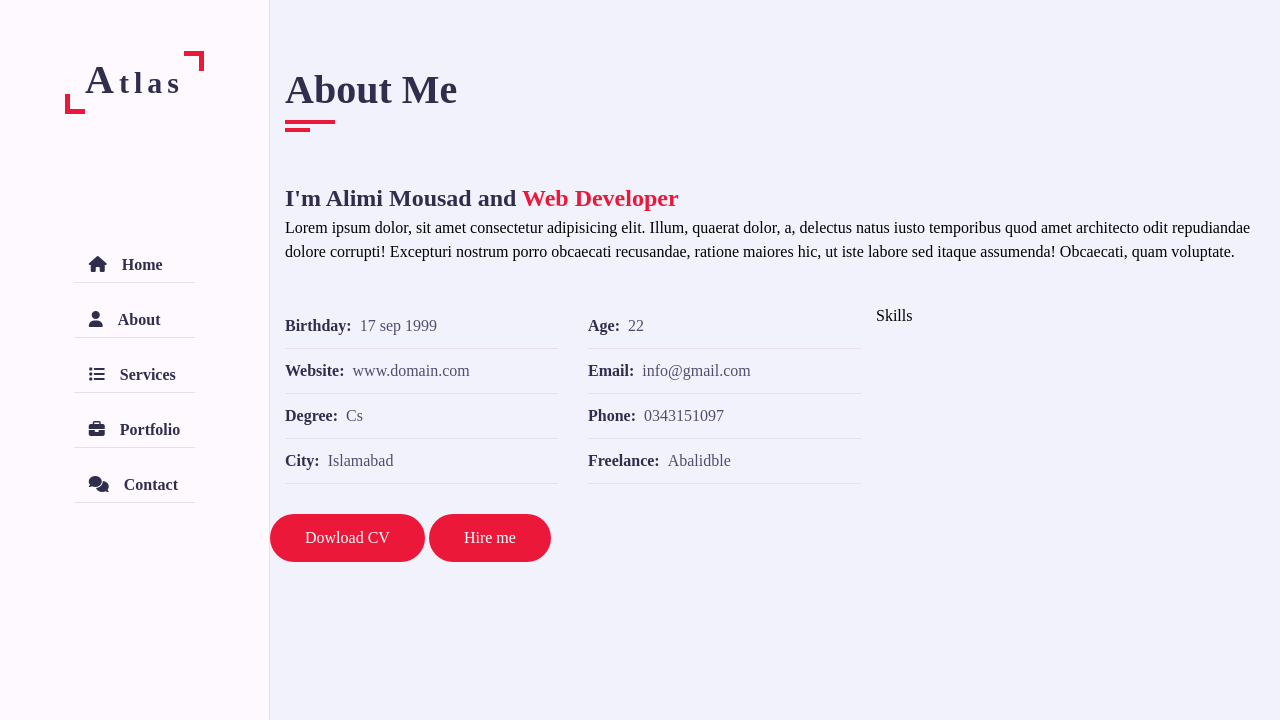
Repository: luanhoang0902/portfolio-ui
Page: index.html
The author's editor kept a copy of each file at every save. The page is drawn from the files as they stood at one save, then again after the next save.
The browser window is 1280 px wide. The pictures show the whole page.
Some web fonts or font styles are not loaded; a fallback is used. Some web libraries are served in a nearby version.

Above is the page before, as saved 2022-06-02 16:20:07.

### index.html
<!DOCTYPE html>
<html lang="en">
  <head>
    <meta charset="UTF-8" />
    <meta http-equiv="X-UA-Compatible" content="IE=edge" />
    <meta name="viewport" content="width=device-width, initial-scale=1.0" />
    <title>Document</title>

    <!--  ===== CSS Files ===== -->
    <link rel="stylesheet" href="./css/style.css" />
    <link rel="stylesheet" href="./css/skins/color-1.css" />
    <link
      rel="stylesheet"
      href="https://cdnjs.cloudflare.com/ajax/libs/font-awesome/6.1.1/css/all.min.css"
    />
  </head>
  <body>
    <!--  ===== Main Container Start> ===== -->
    <div class="main-container">
      <!--  ===== Aside Start> ===== -->
      <div class="aside">
        <div class="logo">
          <a href="#"><span>A</span>tlas</a>
        </div>
        <div class="nav-toggler">
          <span></span>
        </div>
        <ul class="nav">
          <li><a href="#"><i class="fa fa-home" class = "active"></i>Home</a></li>
          <li><a href="#"><i class="fa fa-user"></i>About</a></li>
          <li><a href="#"><i class="fa fa-list"></i>Services</a></li>
          <li><a href="#"><i class="fa fa-briefcase"></i>Portfolio</a></li>
          <li><a href="#"><i class="fa fa-comments"></i>Contact</a></li>
        </ul>
      </div>
      <!--  ===== Aside End> ===== -->
      <!--  ===== Main Content Start> ===== -->
      <div class="main-content">
        <!--  ===== Home Selection Start> ===== -->
        <section class="home section hidden">
          <div class="container">
            <div class="row">
              <div class="home-info padd-15">
                <h3 class="hello">Hello, my name is <span class="name">Alimi Mousaad</span></h3>
                <h3 class="my-profession">I'm a <span class="typing">web designer</span></h3>
                <p>Lorem ipsum, dolor sit amet consectetur adipisicing elit. Molestiae quos assumenda at illum nisi dolores sequi quisquam? Eaque, earum temporibus.</p>
                <a href="#contact" class = "btn hire-me">Hire Me</a>
              </div>
              <div class="home-img ">
                <img src="./images/avatar.JPG" alt="">
              </div>
            </div>
          </div>
        </section>
        <!--  ===== Home Selection End> ===== -->
        <!--  ===== About Selection Start> ===== -->
        <section class="about section padd-15">
          <div class="container">
            <div class="row">
              <div class="section-title padd-15">
                <h2>About Me</h2>
              </div>
            </div>
            <div class="row">
              <div class="about-content padd-15">
                <div class="row">
                  <div class="about-text padd-15">
                    <h3>I'm Alimi Mousad and <span>Web Developer</span></h3>
                    <p>Lorem ipsum dolor, sit amet consectetur adipisicing elit. Illum, quaerat dolor, a, delectus natus iusto temporibus quod amet architecto odit repudiandae dolore corrupti! Excepturi nostrum porro obcaecati recusandae, ratione maiores hic, ut iste labore sed itaque assumenda! Obcaecati, quam voluptate.</p>
                  </div>
                </div>
                <div class="row">
                  <div class="personal-info padd-15">
                    <div class="row">
                      <div class="info-item padd-15">
                        <p>Birthday: <span>17 sep 1999</span></p>
                      </div>
                      <div class="info-item padd-15">
                        <p>Age: <span>22</span></p>
                      </div>
                      <div class="info-item padd-15">
                        <p>Website: <span>www.domain.com</span></p>
                      </div>
                      <div class="info-item padd-15">
                        <p>Email: <span>info@gmail.com</span></p>
                      </div>
                      <div class="info-item padd-15">
                        <p>Degree: <span>Cs</span></p>
                      </div>
                      <div class="info-item padd-15">
                        <p>Phone: <span>0343151097</span></p>
                      </div>
                      <div class="info-item padd-15">
                        <p>City: <span>Islamabad</span></p>
                      </div>
                      <div class="info-item padd-15">
                        <p>Freelance: <span>Abalidble</span></p>
                      </div>
                    </div>
                    <div class="row">
                      <div class="buttons">
                        <a href="#" class="btn">Dowload CV</a>
                        <a href="#contact" class="btn hire-me">Hire me</a>
                      </div>
                    </div>
                  </div>
                  <div class="skills">Skills</div>
                </div>
              </div>
            </div>
          </div>
        </section>
        <!--  ===== About Selection End> ===== -->
      </div>
       <!--  ===== Main Content End> ===== -->
    </div>
    <!--  ===== Main Container End> ===== -->
    <!--  ===== JS Files ===== -->
    <script src="js/script.js"></script>
  </body>
</html>

### css/style.css
/* import font chữ vào */
@import url('https://fonts.googleapis.com/css2?family=Clicker+Script&family=Montserrat:ital,wght@1,100&family=Poppins:ital,wght@0,200;0,300;0,400;0,500;0,700;1,600&display=swap');
/* Khai báo biến */
:root
{
    --bg-black-900: #f2f2fc;
    --bg-black-100: #fdf9ff;
    --bg-balck-50: #e8dfec;

    --text-black-900: #302e4d;
    --text-black-700: #504e70;
}

body
{
    line-height: 1.5;
    font-size: 16px;
    font-family: 'Poopins' sans-serif;
}

*
{
    margin: 0;
    padding: 0;
    outline: none;
    text-decoration: none;
    box-sizing: border-box;
}

::before,::after {
    box-sizing: border-box;
}

ul
{
    list-style: none;
}
.section
{
    background: var(--bg-black-900);
    min-height: 100vh;
    display: block;
    padding: 0 30px;
    left: 270px;
    opacity: 1;
}
.hidden
{
    display: none !important;
}
.main-content
{
    padding-left: 270px;
}
.padd-15
{
    padding-left: 15px;
    padding-right: 15px;
}
.container
{
    max-width: 1100px;
    width: 100%;
    margin: auto;
}
.section .container
{
    padding-top: 60px;
    padding-bottom: 70px;
}
.section-title
{
     flex: 0 0 100%;
     min-width: 100%;
     margin-bottom: 60px;
}
.section-title h2
{
    font-size: 40px;
    color: var(--text-black-900);
    font-weight: 700;
    position: relative;
}
.section-title h2::before
{
    content: '';
    height: 4px;
    width: 50px;
    background-color: var(--skin-color);
    position:absolute;
    top: 100%;
    left: 0;
}
.section-title h2::after
{
    content: '';
    height: 4px;
    width: 25px;
    background-color: var(--skin-color);
    position:absolute;
    top: 100%;
    left: 0;
    margin-top: 8px;
}
.row
{
    display: flex;
    flex-wrap: wrap;
    margin-left: -15px;
    margin-right: -15px;
    position: relative;
}
.btn
{
    font-size: 16px;
    font-weight: 500;
    padding: 12px 35px;
    color: white;
    border-radius: 40px;
    display: inline-block;
    white-space: nowrap;
    border: none;
    background: var(--skin-color);
    transition: all 0.3s ease;
}
.btn:hover
{
    transform: scale(1.05);
}
/* aside */
.aside
{
    position: fixed;
    left: 0;
    top: 0;

    display: flex;
    justify-content: center;
    align-items: center;

    width: 270px;

    background: var(--bg-black-100);

    border-right: 1px solid var(--bg-balck-50);
    padding: 30px;
    height: 100%;
    z-index: 10;
}
.aside .logo
{
    position: absolute;
    top: 50px;
    font-size: 30px;
    text-transform: capitalize;
}
.aside .logo a
{
    position: relative;
    color: var(--text-black-900);
    font-weight: 700;

    padding: 15px 20px;
    font-size:30px;
    letter-spacing: 5px;
}
.aside .logo a span
{
    font-family: 'Clicker Script', cursive;
    font-size: 40px;
}
.aside .logo a::before
{
    content: '';
    position: absolute;
    bottom: 0;
    left: 0;
    width: 20px;
    height: 20px;

    border-bottom: 5px solid var(--skin-color);
    border-left: 5px solid var(--skin-color);
}
.aside .logo a::after
{
    content: '';
    position: absolute;
    top: 0;
    right: 0;
    width: 20px;
    height: 20px;

    border-top: 5px solid var(--skin-color);
    border-right: 5px solid var(--skin-color);
}
.aside .nav-toggler
{
    height: 40px;
    width: 45px;
    border: 1px solid var(--bg-balck-50);
    cursor: pointer;
    position: fixed;
    left: 300px;
    top: 20px;
    border-radius: 5px;
    background: var(--bg-balck-100);
    display: none;
    justify-content: center;
    align-items: center;
}
.aside .nav-toggler span
{
    height: 2px;
    width: 18px;
    background: var(--skin-color);
    display: inline-block;
    position: relative;
}
.aside .nav-toggler span::before
{
    content: '';
    height: 2px;
    width: 18px;
    background: var(--skin-color);
    position: absolute;
    top: -6px;
    left: 0;
}
.aside .nav-toggler span::after
{
    content: '';
    height: 2px;
    width: 18px;
    background: var(--skin-color);
    position: absolute;
    top: 6px;
    left: 0;
}
.aside .nav
{
    margin-top: 50px;
}
.aside .nav li
{
    margin-bottom: 20px;
    display: block;
}
.aside .nav li a
{
    font-size: 16px;
    font-weight: 600;
    display: block;
    border-bottom: 1px solid var(--bg-balck-50);
    color: var(--text-black-900);
    padding: 5px 15px;
}
.aside .nav li a.active
{
    color: var(--skin-color);
}
.aside .nav li a i
{
    margin-right: 15px;
}
/* Home */
.home
{
    min-height: 100vh;
    display: flex;
    color: var(--text-black-900);
}
.home .home-info
{
    flex: 0 0 60%;
    min-width: 60%;
}
h3.hello
{
    font-size: 28px;
    margin: 15px 0;
}
h3.hello span
{
    font-family: 'Clicker Script', cursive;
    font-size: 30px;
    font-weight: 700;
    color: var(--skin-color);
}
h3.my-profession
{
    font-size: 30px;
    margin: 15px 0;
}
.typing
{
    color: var(--skin-color);
}
.home-info p
{
    margin-bottom: 70px;
    font-size: 20px;
    color: var(--text-black-700);
}
.home .home-img
{
    flex: 0 0 40%;
    min-width: 40%;
    text-align: center;
    position: relative;

}
.home-img::after
{
    content: '';
    position: absolute;
    height: 80px;
    width: 80px;
    border-bottom: 10px solid var(--skin-color);
    border-right: 10px solid var(--skin-color);
    right: 20px;
    bottom: -40px;
}
.home-img::before
{
    content: '';
    position: absolute;
    height: 80px;
    width: 80px;
    border-top: 10px solid var(--skin-color);
    border-left: 10px solid var(--skin-color);
    left: 20px;
    top: -40px;
}
.home .home-img img
{
    height: 400px;
    width: 300px;
    object-fit: cover;

    margin: auto;
    border-radius: 5px;
}
/* About */
.about .about-content
{
    flex: 0 0 100%;
    min-width: 100%;

}
.about .about-content .about-text
{
    flex: 0 0 100%;
    max-width: 100%;
}
.about .about-content .about-text h3
{
    font-size: 24px;
    border-bottom: 15px;
    font-weight: 700;
    color: var(--text-black-900);
}
.about .about-content .about-text h3 span
{
    color: var(--skin-color);
}
.about .about-content .personal-info
{
    flex: 0 0 60%;
    max-width: 60%;
    margin-top: 40px;
}
.about .about-content .personal-info .info-item
{
    flex: 0 0 50%;
    max-width: 100%;
}
.about .about-content .personal-info .info-item p
{
    font-weight: 600;
    padding: 10px 0;
    font-size: 16px;
    color: var(--text-black-900);
    border-bottom: 1px solid var(--bg-balck-50);
}
.about .about-content .personal-info .info-item p span
{
    font-weight: 400;
    color: var(--text-black-700);
    margin-left: 4px;
    display: inline-block;

}
.about .about-content .personal-info .buttons
{
    margin-top: 30px;

}
.about .about-content .skills
{
    flex: 0 0 40%;
    max-width: 40%;
    margin-top: 40px;
}

Loaded but not shown: css/skins/color-1.css (common file); js/script.js (no copy from this time; the picture is the same without it)

After the next save:
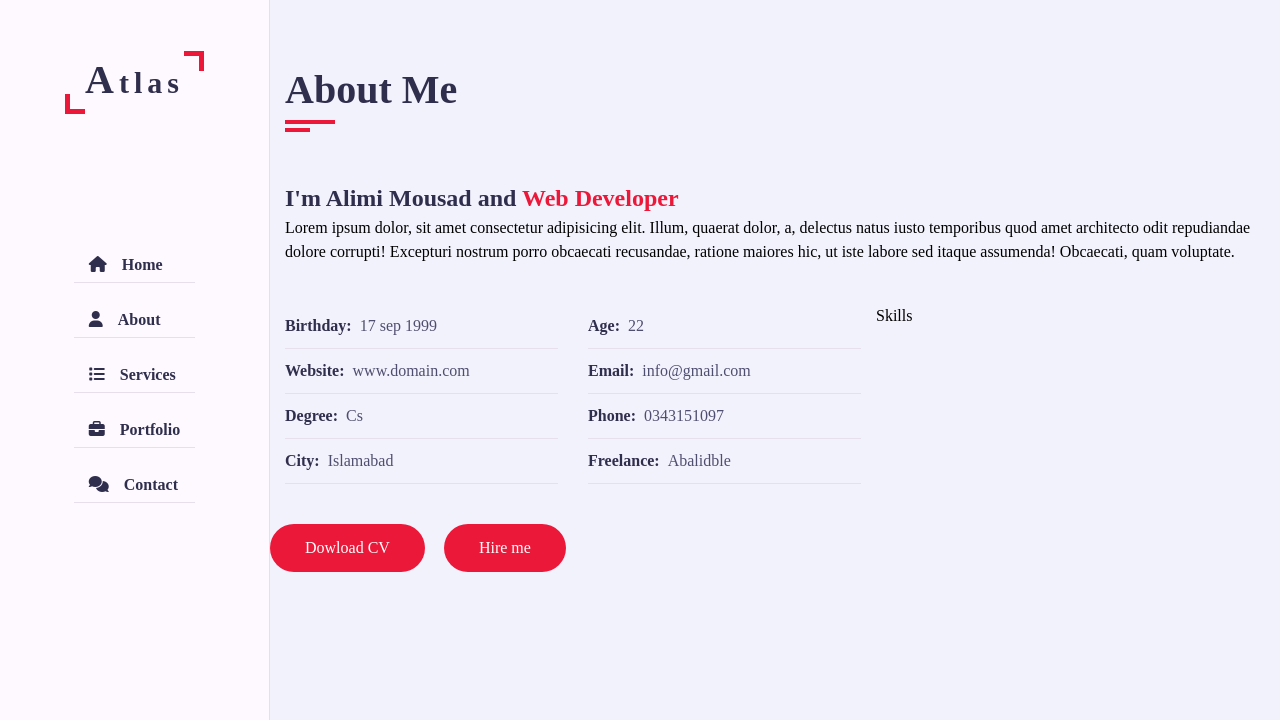
Saved 35 s later.
--- a/css/style.css
+++ b/css/style.css
@@ -395,6 +395,11 @@
     margin-top: 30px;
 
 }
+.about .about-content .personal-info .buttons .btn
+{
+    margin-right: 15px;
+    margin-top: 10px;
+}
 .about .about-content .skills
 {
     flex: 0 0 40%;
